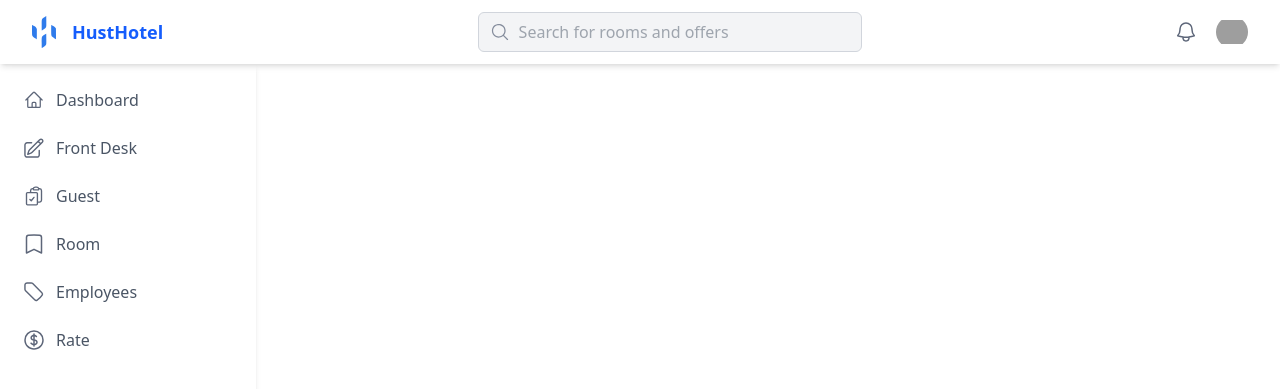
Repository: nguynd/GR1Attendance
Page: / (app in fe/)
An editor plug-in stored every save of this project. The page is shown before and after the next save, followed by the edit.
The browser window is 1280 px wide. The pictures show the whole page.
Pictures or frames that could not be fetched are drawn as grey boxes. The page's requests for data from a server got no answer. The project was rebuilt for these pictures with package versions that can differ from the ones it lists, and the page was loaded fresh each time. Some packages were replaced by stand-ins written for this rebuild. No one was signed in, and anything a server would have sent is missing. Also part of the build but not shown: fe/vite.config.js, fe/src/components/EditClass.jsx.

Above is the page before, as saved 2025-05-24 20:17:23.

After the next save:
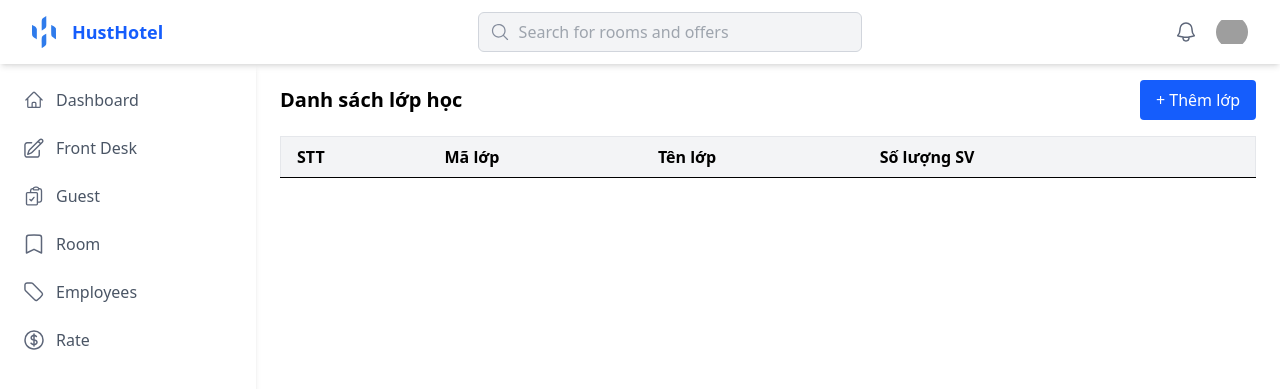
Saved 42 s later.
--- a/fe/src/components/ClassList.jsx
+++ b/fe/src/components/ClassList.jsx
@@ -2,13 +2,11 @@ import React, { useEffect, useState } from "react";
 import { getClasses, addClass, updateClass, deleteClass } from "../services/classAPI";
 import EditClass from "./EditClass";
 import ellipsisVertical from '../assets/ellipsis-vertical.svg';
-import { useNavigate } from "react-router-dom";
 
 export default function ClassList() {
   const [classes, setClasses] = useState([]);
   const [showModal, setShowModal] = useState(false);
   const [editingClass, setEditingClass] = useState(null);
-  const navigate = useNavigate();
 
   const fetchData = async () => {
     const data = await getClasses();
@@ -38,48 +36,57 @@ export default function ClassList() {
     setShowModal(true);
   };
 
-  const handleViewStudents = (cls) => {
-    navigate(`/class/${cls.id}/students`);
-  };
+  return (
+    <div className="pt-20 p-6 ml-64 max-w-[calc(100vw-256px)]">
+      <div className="flex justify-between items-center mb-4">
+        <h2 className="text-xl font-bold">Danh sách lớp học</h2>
+        <button
+          className="px-4 py-2 bg-blue-600 text-white rounded hover:bg-blue-700 cursor-pointer transition"
+          onClick={() => {
+            setEditingClass(null);
+            setShowModal(true);
+          }}
+        >
+          + Thêm lớp
+        </button>
+      </div>
 
-  return (
-    <div className="p-4">
-      <h1 className="text-2xl font-bold mb-4">Danh sách lớp học</h1>
-      <button
-        onClick={() => {
-          setEditingClass(null);
-          setShowModal(true);
-        }}
-        className="mb-4 px-4 py-2 bg-blue-500 text-white rounded"
-      >
-        Thêm lớp học
-      </button>
-      <div className="grid grid-cols-1 gap-4">
-        {classes.map((cls) => (
-          <div key={cls.id} className="bg-white p-4 rounded shadow flex justify-between items-center">
-            <div>
-              <h2 className="text-lg font-semibold">{cls.class_name}</h2>
-              <p className="text-gray-600">Mã lớp: {cls.class_code}</p>
-            </div>
-            <div className="flex items-center space-x-2">
-              <button onClick={() => handleViewStudents(cls)} className="text-blue-600 hover:underline">
-                👥 Xem SV
-              </button>
-              <img
-                src={ellipsisVertical}
-                alt="Chỉnh sửa"
-                className="w-5 h-5 cursor-pointer"
-                onClick={() => handleEllipsisClick(cls)}
-              />
-            </div>
-          </div>
-        ))}
+      <div className="overflow-x-auto">
+        <table className="w-full bg-white border border-gray-200 rounded shadow-sm">
+          <thead className="bg-gray-100">
+            <tr>
+              <th className="px-4 py-2 border-b text-left">STT</th>
+              <th className="px-4 py-2 border-b text-left">Mã lớp</th>
+              <th className="px-4 py-2 border-b text-left">Tên lớp</th>
+              <th className="px-4 py-2 border-b text-left">Số lượng SV</th>
+              <th className="px-4 py-2 border-b text-left"></th>
+            </tr>
+          </thead>
+          <tbody>
+            {classes.map((cls, index) => (
+              <tr key={cls.id} className="hover:bg-gray-50">
+                <td className="px-4 py-2 border-b">{index + 1}</td>
+                <td className="px-4 py-2 border-b">{cls.class_code}</td>
+                <td className="px-4 py-2 border-b">{cls.class_name}</td>
+                <td className="px-4 py-2 border-b">{cls.student_count}</td>
+                <td className="px-4 py-2 border-b">
+                  <button onClick={() => handleEllipsisClick(cls)}>
+                    <img src={ellipsisVertical} alt="Menu" className="w-5 h-5 cursor-pointer transition" />
+                  </button>
+                </td>
+              </tr>
+            ))}
+          </tbody>
+        </table>
       </div>
 
       {showModal && (
         <EditClass
           defaultData={editingClass}
-          onClose={() => setShowModal(false)}
+          onClose={() => {
+            setShowModal(false);
+            setEditingClass(null);
+          }}
           onSave={handleSave}
           onDeleted={fetchData}
         />
